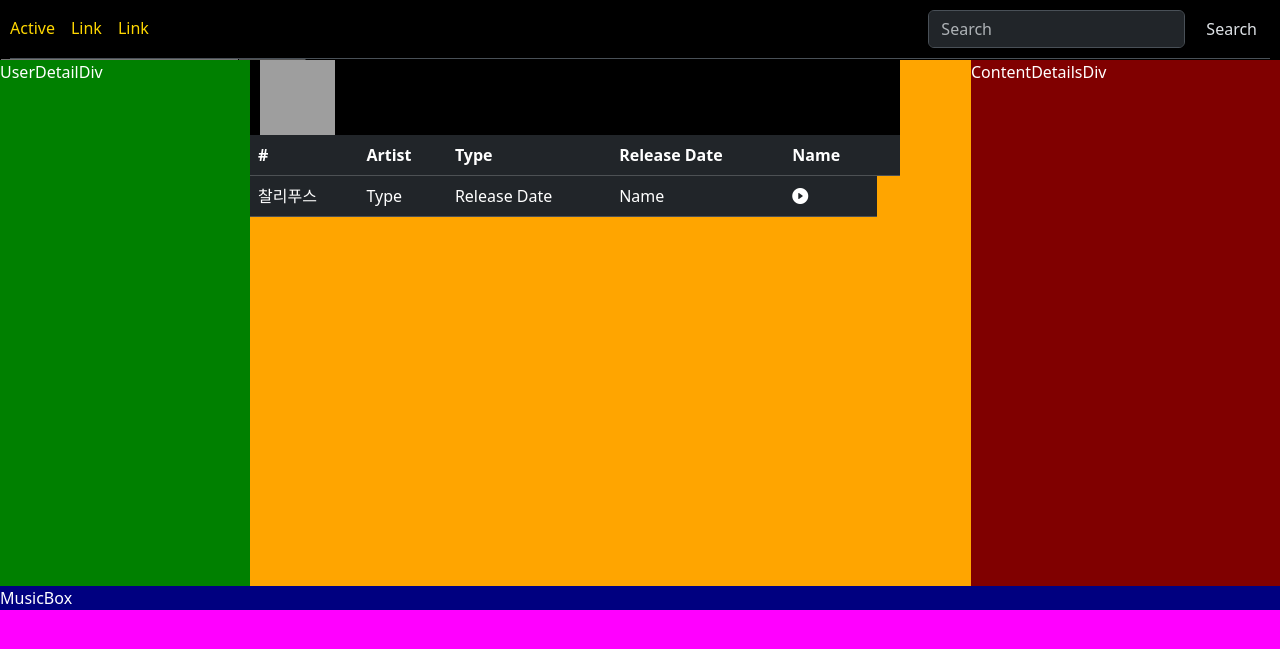
Repository: budflower44/My_Music_Life
Page: http://localhost/my_music_life/WEB-INF/views/mml/main.jsp
An editor plug-in stored every save of this project. The page is shown before and after the next save, followed by the edit.
The browser window is 1280 px wide. The pictures show the whole page.
Pictures or frames that could not be fetched are drawn as grey boxes. The page is served by Tomcat 9. Nobody is signed in. The template is opened directly, without the code that normally fills it, so the values that code supplies are empty.

Above is the page before, as saved 2024-02-15 05:36:50.
Console error: TypeError: Cannot read properties of null (reading 'addEventListener')

After the next save:
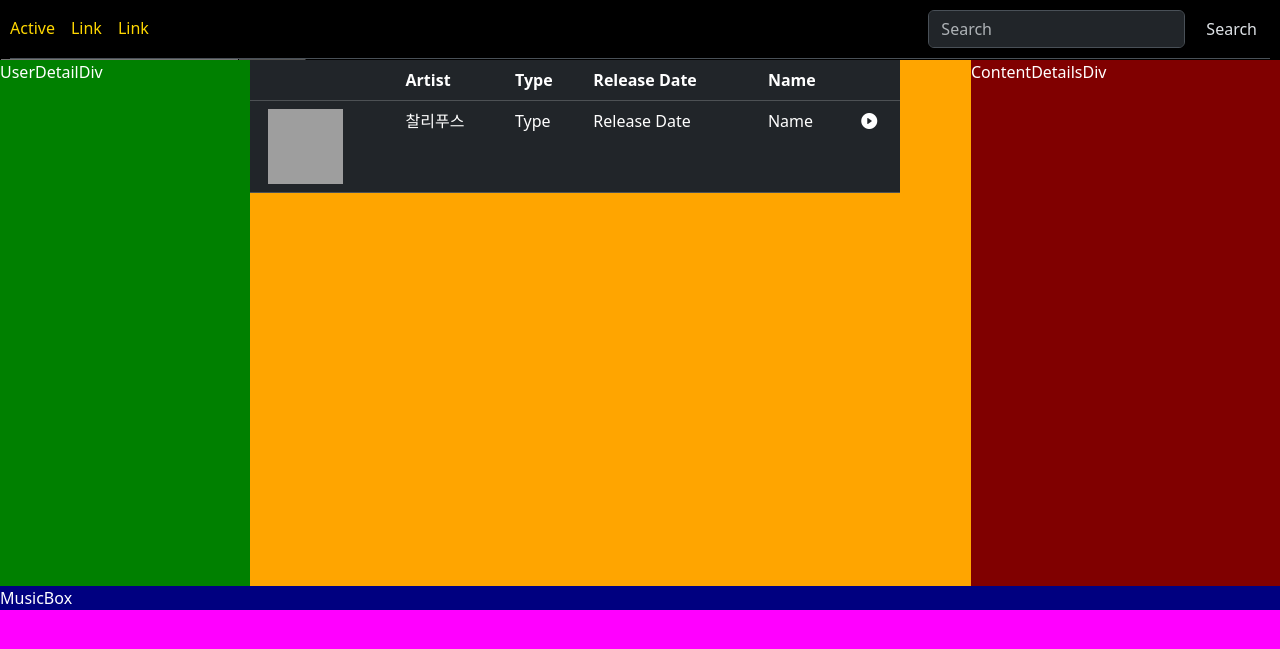
Saved 28 s later.
--- a/my_music_life/src/main/webapp/WEB-INF/views/mml/main.jsp
+++ b/my_music_life/src/main/webapp/WEB-INF/views/mml/main.jsp
@@ -131,7 +131,7 @@
 				<div class="searchDiv 1" id="MusicBox">
 				<table id="SearchBox" class="table table-dark table-hover">
 					<tr>
-						<th>#</th>
+						<th></th>
 						<th>Artist</th>
 						<th>Type</th>
 						<th>Release Date</th>
@@ -139,7 +139,9 @@
 						<th></th>
 					</tr>
 					<tr>
+						<td>
 						<img alt="" src="https://i.scdn.co/image/ab67616d0000b273a3b39c1651a617bb09800fd8" style="height:75px; width:75px; display:inline;">
+						</td>
 						<td>찰리푸스</td>
 						<td>Type</td>
 						<td>Release Date</td>
